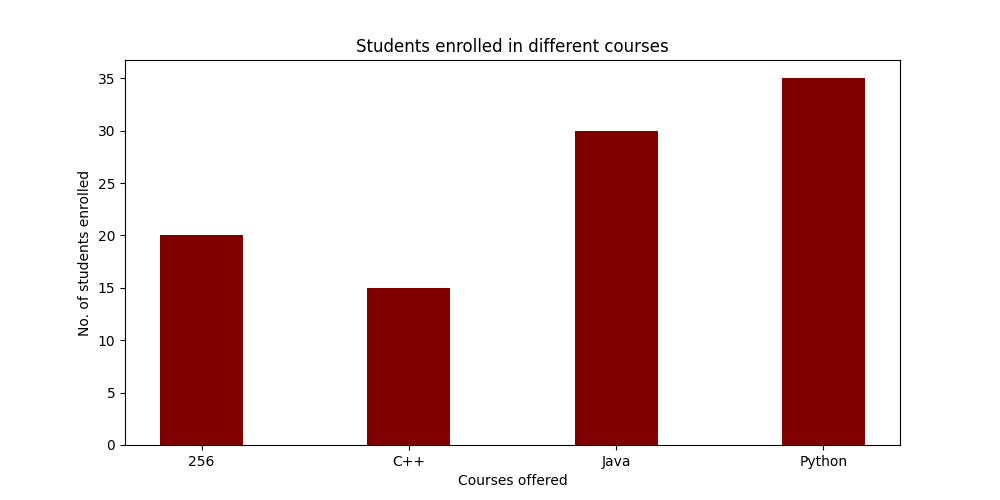
Repository: vishalsinghhh/DNA-cryptography-Project
Script's output: python DNA/Graphs.py
An editor plug-in stored every save of this project. The script's output is shown before and after the next save, followed by the edit.
Random numbers start from a fixed seed.

Above is the script's output before, as saved 2023-04-11 03:36:12.

### DNA/Graphs.py
import numpy as np
import matplotlib.pyplot as plt


# creating the dataset
data = {'256':20, 'C++':15, 'Java':30,
        'Python':35}
courses = list(data.keys())
values = list(data.values())

fig = plt.figure(figsize = (10, 5))

# creating the bar plot
plt.bar(courses, values, color ='maroon',
        width = 0.4)

plt.xlabel("Courses offered")
plt.ylabel("No. of students enrolled")
plt.title("Students enrolled in different courses")
plt.show()

After the next save:
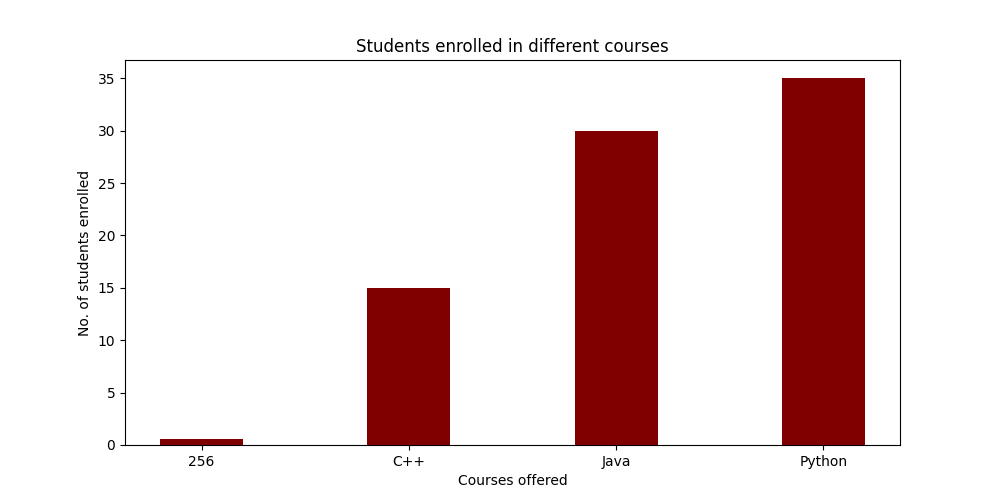
Saved 39 s later.
--- a/DNA/Graphs.py
+++ b/DNA/Graphs.py
@@ -3,7 +3,7 @@ import matplotlib.pyplot as plt
 
 
 # creating the dataset
-data = {'256':20, 'C++':15, 'Java':30,
+data = {'256':0.55, 'C++':15, 'Java':30,
         'Python':35}
 courses = list(data.keys())
 values = list(data.values())
